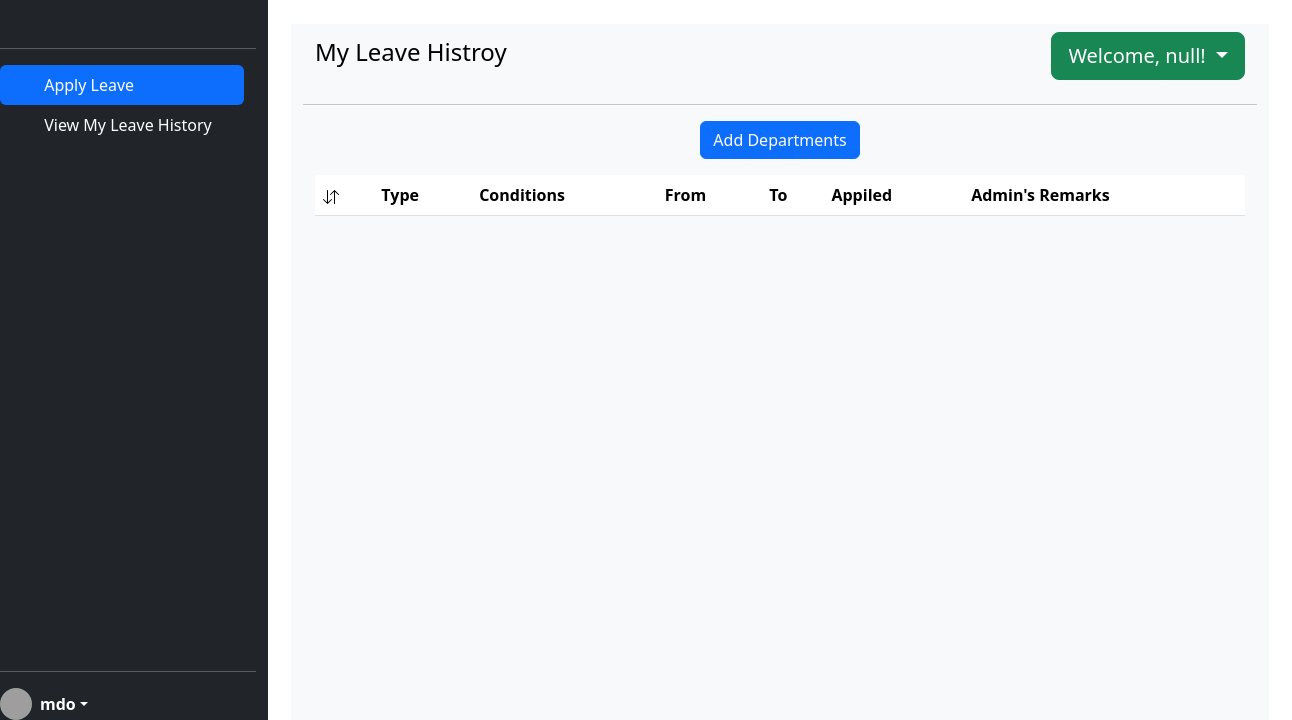
Repository: Ashish4910/Leave-Application-Management
Page: http://localhost/Employee_management/Employee/View_leave_History.jsp
The author's editor kept a copy of each file at every save. The page is drawn from the files as they stood at one save, then again after the next save.
The browser window is 1280 px wide. The page is 1292 px wide, so the pictures cover 1292 px, including what lies to the right of the window. The pictures show the whole page.
Pictures or frames that could not be fetched are drawn as grey boxes. The page is served by Tomcat 9. Queries for data that is not in the repository find no rows.

Above is the page before, as saved 2023-12-02 07:17:49.

After the next save:
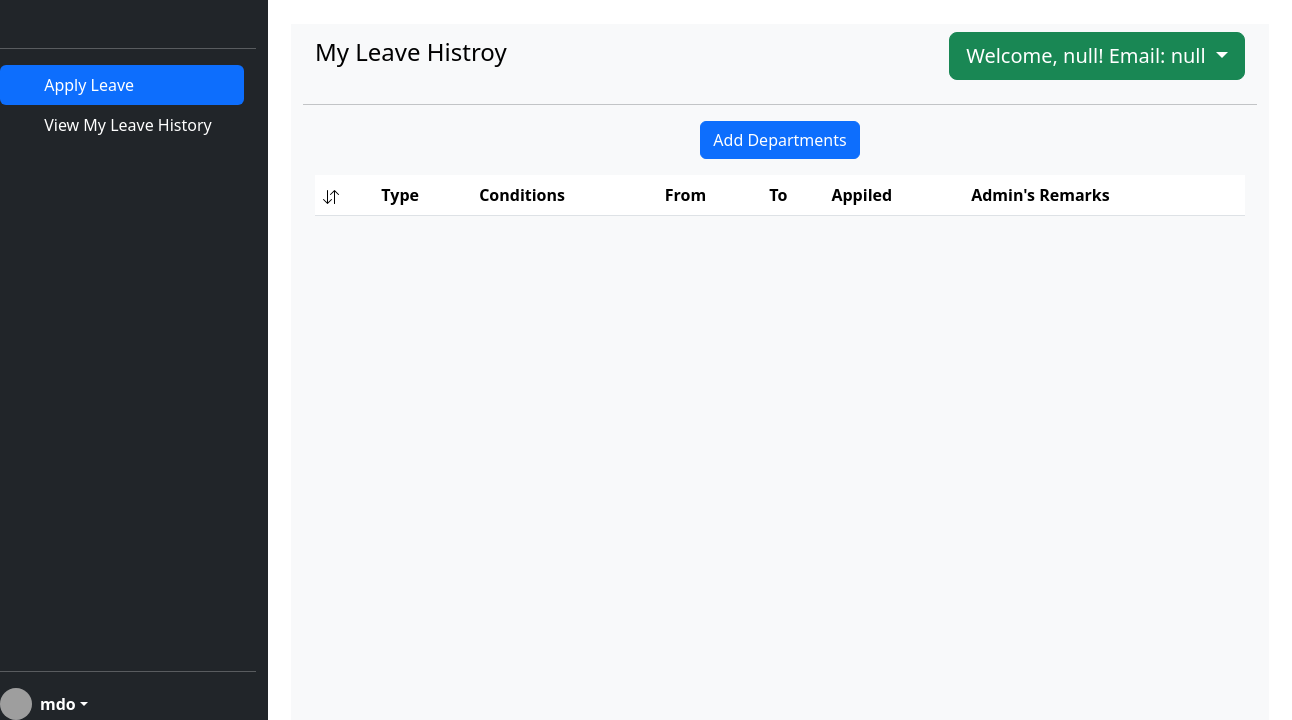
Saved 14 s later.
--- a/Employee Management Project/Employee_management/src/main/webapp/Employee/View_leave_History.jsp
+++ b/Employee Management Project/Employee_management/src/main/webapp/Employee/View_leave_History.jsp
@@ -105,8 +105,8 @@
 									<%=employeeName%>!
 
 
-									<%-- Email:
-									<%= email%> --%>
+									 Email:
+									<%= email%>
 
 									<%-- <p> EmployeeId:
 									<%=employeeId %>
